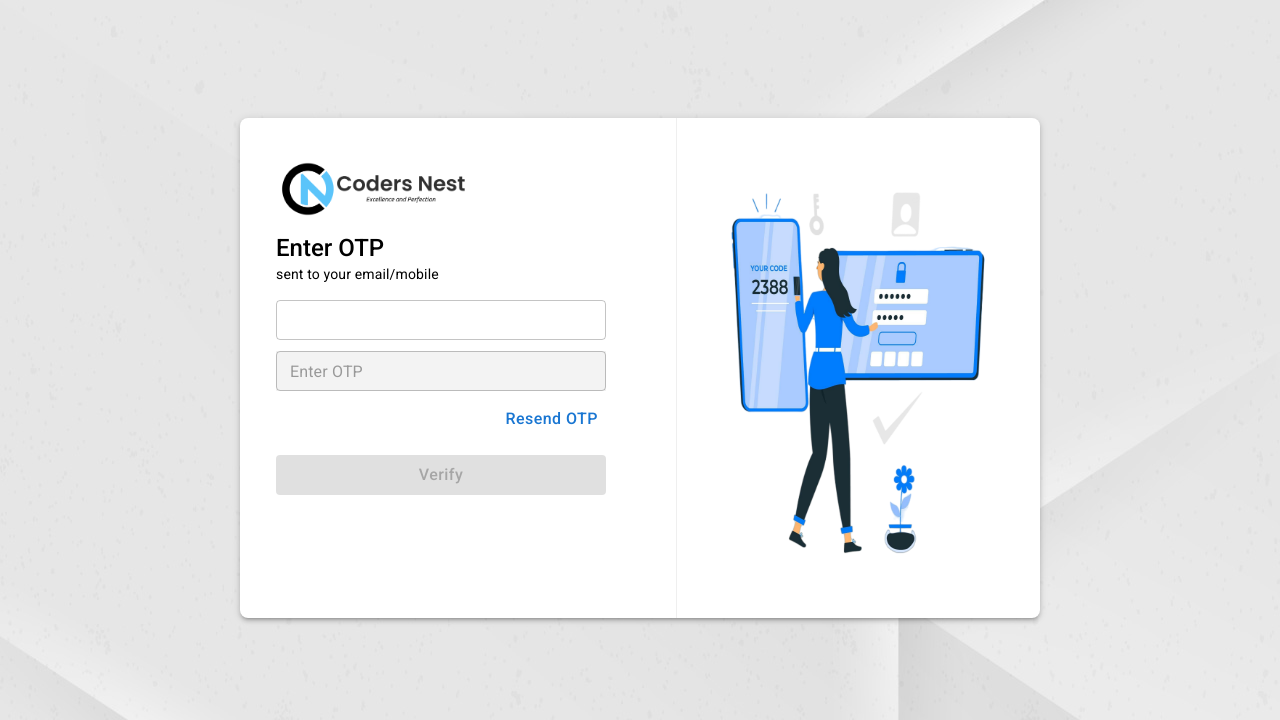
Repository: wajahadalishaik04/CN_Books
Page: /otpscreen
The author's editor kept a copy of each file at every save. The page is drawn from the files as they stood at one save, then again after the next save.
The browser window is 1280 px wide. The pictures show the whole page.
The project was rebuilt for these pictures with package versions that can differ from the ones it lists, and the page was loaded fresh each time. Also part of the build but not shown: vite.config.js, src/pages/LoginScreen.jsx, src/pages/Signin.jsx, src/pages/SignUp.jsx, src/pages/VerifyScreen.jsx, src/components/Header.jsx, src/components/SideBar.jsx, src/components/Content.jsx and 7 more.

Above is the page before, as saved 2024-09-30 17:23:17.

After the next save:
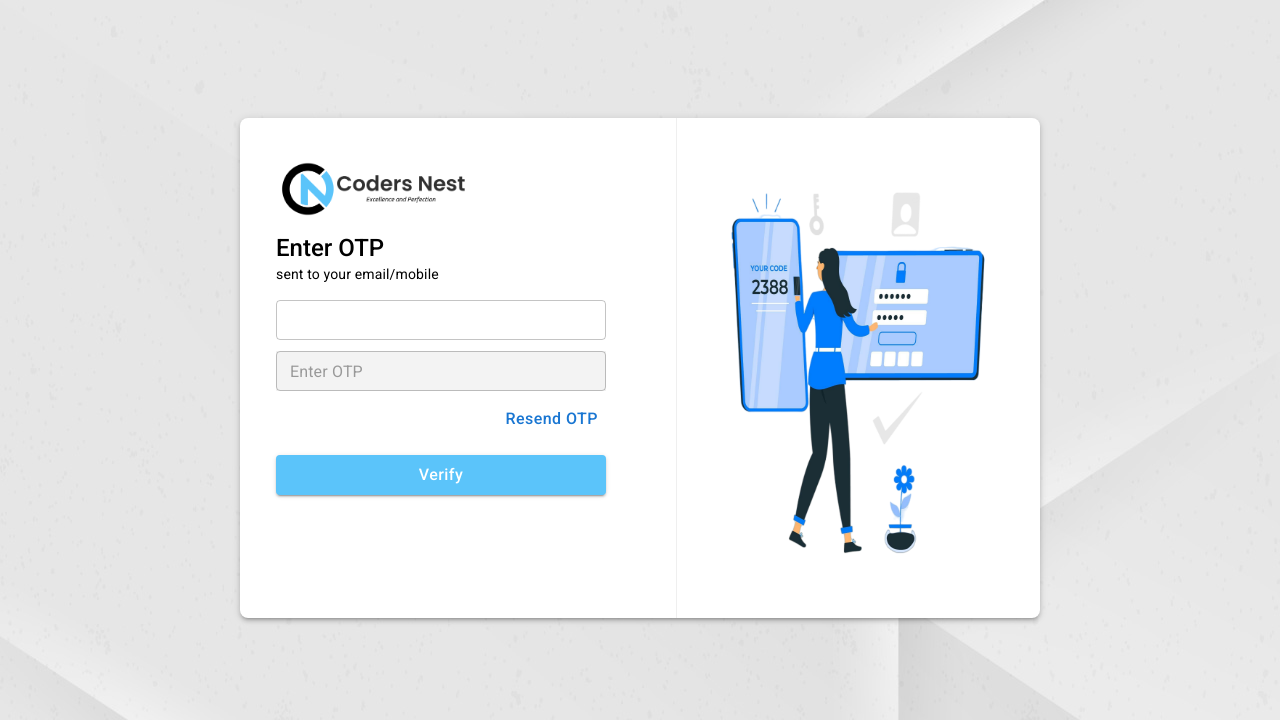
Saved 12 min 6 s later.
--- a/src/pages/OtpScreen.jsx
+++ b/src/pages/OtpScreen.jsx
@@ -75,15 +75,15 @@ const OtpScreen = () => {
 
   // Handle OTP submission and verification
   const handleSubmit = () => {
-    if (otp === sentOtp) {
+    if (!otp) {
+      setError("OTP is required."); // Show error if no OTP is entered
+    } else if (otp !== sentOtp) {
+      setError("Invalid OTP. Please try again.");
+    } else {
+      setError(""); // Clear error on successful OTP
       navigate("/dashboardscreen"); // Navigate to the next screen
-    } else {
-      setError("Invalid OTP. Please try again.");
     }
   };
-
-  // Check if the OTP input is filled (6 characters long)
-  const isOtpFilled = otp.length === 6;
 
   return (
     <Box
@@ -145,8 +145,9 @@ const OtpScreen = () => {
                   },
                 },
               }}
+              error={!!error} // Show error if there is any
+              helperText={error}
             />
-            {error && <Typography color="red">{error}</Typography>}
 
             {/* Resend OTP button with timer */}
             <Box sx={{ display: "flex", justifyContent: "flex-end", mt: 1 }}>
@@ -155,18 +156,17 @@ const OtpScreen = () => {
               </ResendOtp>
             </Box>
 
-            {/* Verify Button, enabled only when OTP is filled */}
+            {/* Verify Button */}
             <Button
               onClick={handleSubmit}
               variant="contained"
               fullWidth
               sx={{
-                backgroundColor: isOtpFilled ? "#5BC4FA" : "#E0E0E0",
+                backgroundColor: "#5BC4FA",
                 mt: 2,
                 textTransform: "none",
                 fontSize: "1rem",
               }}
-              disabled={!isOtpFilled} // Disable button until OTP is filled
             >
               Verify
             </Button>
@@ -186,7 +186,6 @@ const OtpScreen = () => {
         </Box>
         <Box sx={{ borderRight: "1.5px solid #EFEFEF" }}></Box>
 
-
         {/* Right Side - Illustration Image */}
         <Box
           flex={1}
